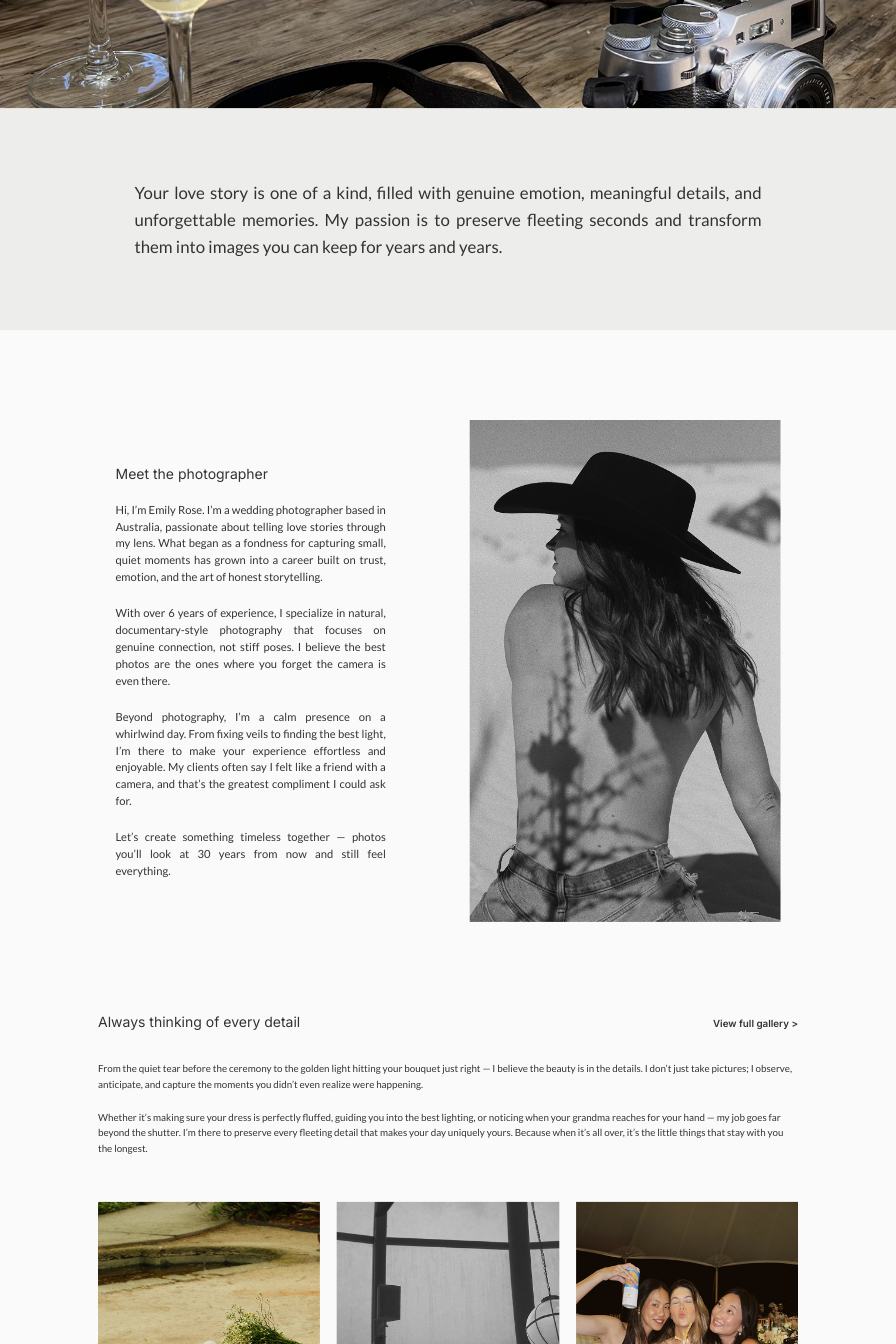
Repository: eduarda-magnago/wt-photography
Page: /
These files come from the project's save history. The page is drawn as it stood at one moment and after the next save; the edit follows.
The browser window is 1280 px wide. The pictures show the part of the page from y = 560 to 2480 px (the page is 3760 px tall), at 70% of full size.
Some web fonts or font styles are not loaded; a fallback is used. The project was rebuilt for these pictures with package versions that can differ from the ones it lists, and the page was loaded fresh each time. The framework's server and built-in components were replaced by stand-ins that run in the browser. Also part of the build but not shown: next.config.ts.

Above is the page before, as saved 2026-10-19 13:43:30.

### app/layout.tsx
import type { Metadata } from "next";
import { Inter, Lato, Cormorant_SC } from "next/font/google";
import Header from "@/components/layout/header";
import Footer from "@/components/layout/footer";
import "./globals.css";

const inter = Inter({
  subsets: ["latin"],
  variable: "--font-inter",
});

const lato = Lato({
  subsets: ["latin"],
  weight: ["300", "400", "700"],
  variable: "--font-lato",
});

const cormorant = Cormorant_SC({
  subsets: ["latin"],
  weight: ["300", "400", "500"],
  variable: "--font-cormorant",
});

export const metadata: Metadata = {
  title: "Timeless Wedding Photography",
  description: "Timeless wedding photography",
};

export default function RootLayout({
  children,
}: {
  children: React.ReactNode;
}) {
  return (
    <html
      lang="en"
      className={`${inter.variable} ${lato.variable} ${cormorant.variable}`}
    >
      <body className="font-sans antialiased">
        <Header />
        <main>{children}</main>
        <Footer />
      </body>
    </html>
  );
}

### app/page.tsx
import Hero from "@/components/hero";
import Intro from "@/components/home/intro";
import About from "@/components/home/about";
import Details from "@/components/home/details";
import Testimonials from "@/components/home/testimonials";
import Reveal from "@/components/reveal";

export default function Home() {
  return (
    <>
      <Hero
        eyebrow="Timeless Wedding Photography"
        title="Capturing the essence of your treasured moments"
        image="/img/hero-bg.jpg"
      />
      <Reveal>
        <Intro />
      </Reveal>
      <Reveal>
        <About />
      </Reveal>
      <Reveal>
        <Details />
      </Reveal>
      <Reveal>
      <Testimonials />
      </Reveal>
    </>
  );
}

### components/layout/header.tsx
"use client";

import { useState } from "react";
import Image from "next/image";
import Link from "next/link";

const navLinks = [
  { label: "Home", href: "/" },
  { label: "About me", href: "/#about" },
  { label: "Gallery", href: "/#gallery" },
  { label: "Testimonials", href: "/#testimonials" },
  { label: "Contact Us", href: "/contact#contact-form" },
];

export default function Header() {
  const [open, setOpen] = useState(false);

  return (
    <header className="absolute inset-x-0 top-0 z-30">
      <div className="flex items-start justify-between px-6 py-8 md:px-14">
        <ul className="flex items-center gap-3">
          <li>
            <a
              href="#"
              aria-label="Instagram"
              className="relative block h-[19px] w-[18px] transition-opacity hover:opacity-70"
            >
              <Image
                src="/img/instagram.png"
                alt=""
                fill
                sizes="18px"
                className="object-contain"
              />
            </a>
          </li>
          <li>
            <a
              href="#"
              aria-label="Facebook"
              className="relative block h-[18px] w-[18px] transition-opacity hover:opacity-70"
            >
              <Image
                src="/img/facebook.png"
                alt=""
                fill
                sizes="18px"
                className="object-contain"
              />
            </a>
          </li>
          <li>
            <a
              href="#"
              aria-label="YouTube"
              className="relative block h-[18px] w-[18px] transition-opacity hover:opacity-70"
            >
              <Image
                src="/img/youtube.png"
                alt=""
                fill
                sizes="18px"
                className="object-contain"
              />
            </a>
          </li>
          <li>
            <a
              href="#"
              aria-label="LinkedIn"
              className="relative block h-[18px] w-[18px] transition-opacity hover:opacity-70"
            >
              <Image
                src="/img/linkedin.png"
                alt=""
                fill
                sizes="18px"
                className="object-contain"
              />
            </a>
          </li>
        </ul>

        <button
          type="button"
          onClick={() => setOpen(true)}
          aria-label="Open menu"
          className="relative block h-6 w-9 transition-opacity hover:opacity-70"
        >
          <Image
            src="/img/menu.png"
            alt=""
            fill
            sizes="36px"
            className="object-contain"
          />
        </button>
      </div>

      {open && (
        <div className="fixed inset-0 z-40 flex items-center justify-center bg-ink/95">
          <button
            type="button"
            onClick={() => setOpen(false)}
            aria-label="Close menu"
            className="absolute right-6 top-8 text-3xl text-white md:right-14"
          >
            ✕
          </button>
          <nav>
            <ul className="flex flex-col items-center gap-8">
              {navLinks.map((link) => (
                <li key={link.label}>
                  <Link
                    href={link.href}
                    onClick={() => setOpen(false)}
                    className="font-heading text-2xl text-white"
                  >
                    {link.label}
                  </Link>
                </li>
              ))}
            </ul>
          </nav>
        </div>
      )}
    </header>
  );
}

### components/layout/footer.tsx
import Image from "next/image";
import Link from "next/link";

const exploreLinks = [
  { label: "Home", href: "/" },
  { label: "About", href: "/#about" },
  { label: "Gallery", href: "/#gallery" },
  { label: "Testimonials", href: "/#testimonials" },
  { label: "Contact", href: "/contact#contact-form" },
];

const headingClass = "mb-6 text-xs uppercase tracking-widest";

export default function Footer() {
  return (
    <footer>
      <div className="bg-ink px-6 py-12 text-sm text-white md:px-52 md:py-14">
        <div className="mx-auto max-w-[1600px]">
          <div className="grid gap-12 md:grid-cols-[1fr_auto_auto] md:gap-24">
            <div>
              <Image
                src="/img/logo.png"
                alt="WT Timeless Photography"
                width={240}
                height={110}
              />
              <p className="mt-6 max-w-xs leading-relaxed md:mt-8">
                With a natural and artistic approach, I create photographs that reflect who you are. Based in Melbourne, available wherever you’d like to say yes.
              </p>
              <ul className="mt-6 flex items-center gap-3">
                <li>
                  <a
                    href="#"
                    aria-label="Instagram"
                    className="transition-opacity hover:opacity-70"
                  >
                    <Image src="/img/instagram.png" alt="" width={18} height={18} />
                  </a>
                </li>
                <li>
                  <a
                    href="#"
                    aria-label="Facebook"
                    className="relative block h-[18px] w-[18px] transition-opacity hover:opacity-70"
                  >
                    <Image
                      src="/img/facebook.png"
                      alt=""
                      fill
                      sizes="18px"
                      className="object-contain"
                    />
                  </a>
                </li>
                <li>
                  <a
                    href="#"
                    aria-label="YouTube"
                    className="transition-opacity hover:opacity-70"
                  >
                    <Image src="/img/youtube.png" alt="" width={18} height={18} />
                  </a>
                </li>
                <li>
                  <a
                    href="#"
                    aria-label="LinkedIn"
                    className="transition-opacity hover:opacity-70"
                  >
                    <Image src="/img/linkedin.png" alt="" width={18} height={18} />
                  </a>
                </li>
              </ul>
            </div>

            <div className="md:pt-6">
              <h3 className={headingClass}>Links</h3>
              <ul className="space-y-2">
                {exploreLinks.map((link) => (
                  <li key={link.label}>
                    <Link href={link.href}>{link.label}</Link>
                  </li>
                ))}
              </ul>
            </div>

            <div className="md:pt-6">
              <h3 className={headingClass}>Contact</h3>
              <address className="not-italic leading-relaxed">
                28 Banksia Street
                <br />
                Fitzroy VIC 3065
                <br />
                Australia
              </address>
              <div className="mt-6 flex flex-col gap-1 underline">
                <a href="tel:+61355500147">+61 3 5550 0147</a>
                <a href="tel:+61491570156">+61 491 570 156</a>
              </div>
              <a
                href="mailto:infowt@gmail.com"
                className="mt-6 block underline"
              >
                infowt@gmail.com
              </a>
            </div>
          </div>

          <div className="mt-14 flex flex-col gap-3 border-t border-white/30 pt-6 text-xs md:flex-row md:items-center md:justify-between">
            <Link href="/privacy-policy-terms" className="transition-opacity hover:opacity-70">
              Privacy Policy &amp; Terms
            </Link>
            <a href="#" className="transition-opacity hover:opacity-70">
              Back to top &uarr;
            </a>
          </div>
        </div>
      </div>

      <div className="bg-neutral-200 px-6 py-5 text-xs text-ink md:px-25">
        <div className="mx-auto flex max-w-[1600px] flex-col gap-2 md:flex-row md:justify-between">
          <p>
            Designed &amp; Developed by{" "}
            <a
              href="https://www.instagram.com/webstudio.em"
              target="_blank"
              rel="noopener noreferrer"
              className="underline"
            >
              EM Studio Web
            </a>
          </p>
          <p>© WT Timeless Wedding Photography 2026 - All rights reserved.</p>
        </div>
      </div>
    </footer>
  );
}

### app/globals.css
@import "tailwindcss";

@theme inline {
  --font-sans: var(--font-lato);
  --font-heading: var(--font-inter);
  --font-hero: var(--font-cormorant);

  --color-ink: #333333;
  --color-sand: #ededeb;
  --color-paper: #fafafa;
  --color-blush: #f4e6dc;
}

html {
  scroll-behavior: smooth;
}

body {
  background: var(--color-paper);
  color: var(--color-ink);
}

### components/hero.tsx
import Image from "next/image";
import Link from "next/link";

type HeroProps = {
  eyebrow: string;
  title: string;
  image: string;
  ctaLabel?: string;
  ctaHref?: string;
};

export default function Hero({
  eyebrow,
  title,
  image,
  ctaLabel = "Explore the gallery",
  ctaHref = "/#gallery",
}: HeroProps) {
  return (
    <section className="relative flex h-[70vh] min-h-[715px] items-center justify-center overflow-hidden">
      <Image
        src="/img/hero.png"
        alt=""
        fill
        priority
        sizes="100vw"
        className="object-cover"
      />
      <div className="absolute inset-0 bg-black/5" />
      <div className="relative z-10 flex max-w-3xl flex-col items-center px-6 text-center text-white">
        <p className="mb-4 text-sm">{eyebrow}</p>
        <h1 className="font-hero text-5xl capitalize leading-[0.7] md:text-7xl">
          {title}
        </h1>
        <Link
          href={ctaHref}
          className="mt-8 border-b border-white pb-1 text-xs uppercase tracking-wider"
        >
          {ctaLabel}
        </Link>
      </div>
    </section>
  );
}

### components/home/intro.tsx
export default function Intro() {
  return (
    <section className="bg-sand px-6 py-22 md:py-25">
      <p className="mx-auto max-w-4xl text-justify text-xl leading-relaxed md:text-2xl">
        Your love story is one of a kind, filled with genuine emotion, meaningful details, and unforgettable memories. My passion is to preserve fleeting seconds and transform them into images you can keep for years and years.
      </p>
    </section>
  );
}

### components/home/about.tsx
import Image from "next/image";

export default function About() {
  return (
    <section id="about" className="bg-paper px-6 py-24 md:px-14 md:py-32">
      <div className="mx-auto grid max-w-[950px] items-center gap-12 md:grid-cols-[435fr_500fr] md:gap-x-12 xl:gap-x-[120px]">
        <div>
          <h2 className="font-heading text-[20px]">Meet the photographer</h2>

          <div className="mt-6 space-y-7 text-justify text-base leading-6">
            <p>
              Hi, I’m Emily Rose. I’m a wedding photographer based in Australia, passionate about telling love stories through my lens. What began as a fondness for capturing small, quiet moments has grown into a career built on trust, emotion, and the art of honest storytelling.
            </p>
            <p>
              With over 6 years of experience, I specialize in natural,
              documentary-style photography that focuses on genuine connection, not stiff poses. I believe the best photos are the ones where
              you forget the camera is even there.
            </p>
            <p>
              Beyond photography, I’m a calm presence on a whirlwind day. From
              fixing veils to finding the best light, I’m there to make your
              experience effortless and enjoyable. My clients often say I felt
              like a friend with a camera, and that’s the greatest compliment
              I could ask for.
            </p>
            <p>
              Let’s create something timeless together — photos you’ll look at
              30 years from now and still feel everything.
            </p>
          </div>
        </div>

        <div className="relative aspect-[619/855] w-full md:aspect-[619/1000]">
          <Image
            src="/img/about.png"
            alt="Wedding photographer picture"
            fill
            sizes="(min-width: 1280px) 500px, (min-width: 768px) 50vw, 100vw"
            className="object-cover"
          />
        </div>
      </div>
    </section>
  );
}

### components/home/details.tsx
import Image from "next/image";
import Link from "next/link";

const photos = [
  { src: "/img/detail1.png", alt: "Bouquet resting on a golden ornament" },
  { src: "/img/detail2.png", alt: "Couple dancing by a large window" },
  { src: "/img/detail3.png", alt: "Bridesmaids laughing together" },
];

export default function Details() {
  return (
    <section id="gallery" className="bg-paper px-6 pb-24 md:px-14 md:pb-32">
      <div className="mx-auto max-w-[1000px]">
        <div className="flex items-baseline justify-between">
          <h2 className="font-heading text-[20px]">
            Always thinking of every detail
          </h2>
          <Link href="/#gallery" className="font-heading text-sm font-semibold">
            View full gallery &gt;
          </Link>
        </div>

        <div className="mt-10 space-y-6 text-sm leading-relaxed">
          <p>
            From the quiet tear before the ceremony to the golden light hitting
            your bouquet just right — I believe the beauty is in the details. I
            don’t just take pictures; I observe, anticipate, and capture the
            moments you didn’t even realize were happening.
          </p>
          <p>
            Whether it’s making sure your dress is perfectly fluffed, guiding
            you into the best lighting, or noticing when your grandma reaches
            for your hand — my job goes far beyond the shutter. I’m there to
            preserve every fleeting detail that makes your day uniquely yours.
            Because when it’s all over, it’s the little things that stay with
            you the longest.
          </p>
        </div>

        <div className="mt-16 grid gap-6 md:grid-cols-3">
          {photos.map((photo) => (
            <div key={photo.src} className="relative aspect-[3/4]">
              <Image
                src={photo.src}
                alt={photo.alt}
                fill
                sizes="(min-width: 768px) 33vw, 100vw"
                className="object-cover"
              />
            </div>
          ))}
        </div>
      </div>
    </section>
  );
}

### components/home/testimonials.tsx
"use client";

import { useState } from "react";
import Image from "next/image";

const testimonials = [
  {
    name: "Anna C.",
    image: "/img/testimonial.png",
    quote:
      "I had an amazing experience hiring WT for my wedding. Emily is super kind and I always felt I could trust her work 100%. When I received the pictures I was even more impressed than I imagined, really good quality! No regrets.",
  },
];

export default function Testimonials() {
  const [index, setIndex] = useState(0);
  const current = testimonials[index];

  function next() {
    setIndex((prev) => (prev + 1) % testimonials.length);
  }

  return (
    <section id="testimonials" className="bg-sand px-6 py-20 md:px-14">
      <div className="mx-auto grid max-w-5xl items-center gap-10 md:grid-cols-[auto_1fr] md:gap-16">
        <div className="relative h-48 w-48 overflow-hidden rounded-full md:h-56 md:w-56">
          <Image
            src={current.image}
            alt={current.name}
            fill
            sizes="224px"
            className="object-cover"
          />
        </div>

        <div>
          <h3 className="font-heading text-xl">{current.name}</h3>
          <blockquote className="mt-4 text-justify text-lg leading-relaxed">
            “{current.quote}”
          </blockquote>
          <button
            type="button"
            onClick={next}
            className="font-heading mt-8 ml-auto block text-sm font-semibold"
          >
            {index + 1}/{testimonials.length} &gt;
          </button>
        </div>
      </div>
    </section>
  );
}

### components/reveal.tsx
"use client";

import { useEffect, useRef, useState, type ReactNode } from "react";

type RevealProps = {
  children: ReactNode;
  className?: string;
  delay?: number;
};

export default function Reveal({
  children,
  className = "",
  delay = 0,
}: RevealProps) {
  const ref = useRef<HTMLDivElement>(null);
  const [visible, setVisible] = useState(false);

  useEffect(() => {
    const el = ref.current;
    if (!el) return;

    const observer = new IntersectionObserver(
      ([entry]) => {
        setVisible(entry.isIntersecting);
      },
      { threshold: 0.15, rootMargin: "0px 0px -5% 0px" }
    );

    observer.observe(el);
    return () => observer.disconnect();
  }, []);

  return (
    <div
      ref={ref}
      style={{ transitionDelay: `${delay}ms` }}
      className={`transition-all duration-700 ease-out motion-reduce:transition-none ${
        visible ? "translate-y-0 opacity-100" : "translate-y-8 opacity-0"
      } ${className}`}
    >
      {children}
    </div>
  );
}

After the next save:
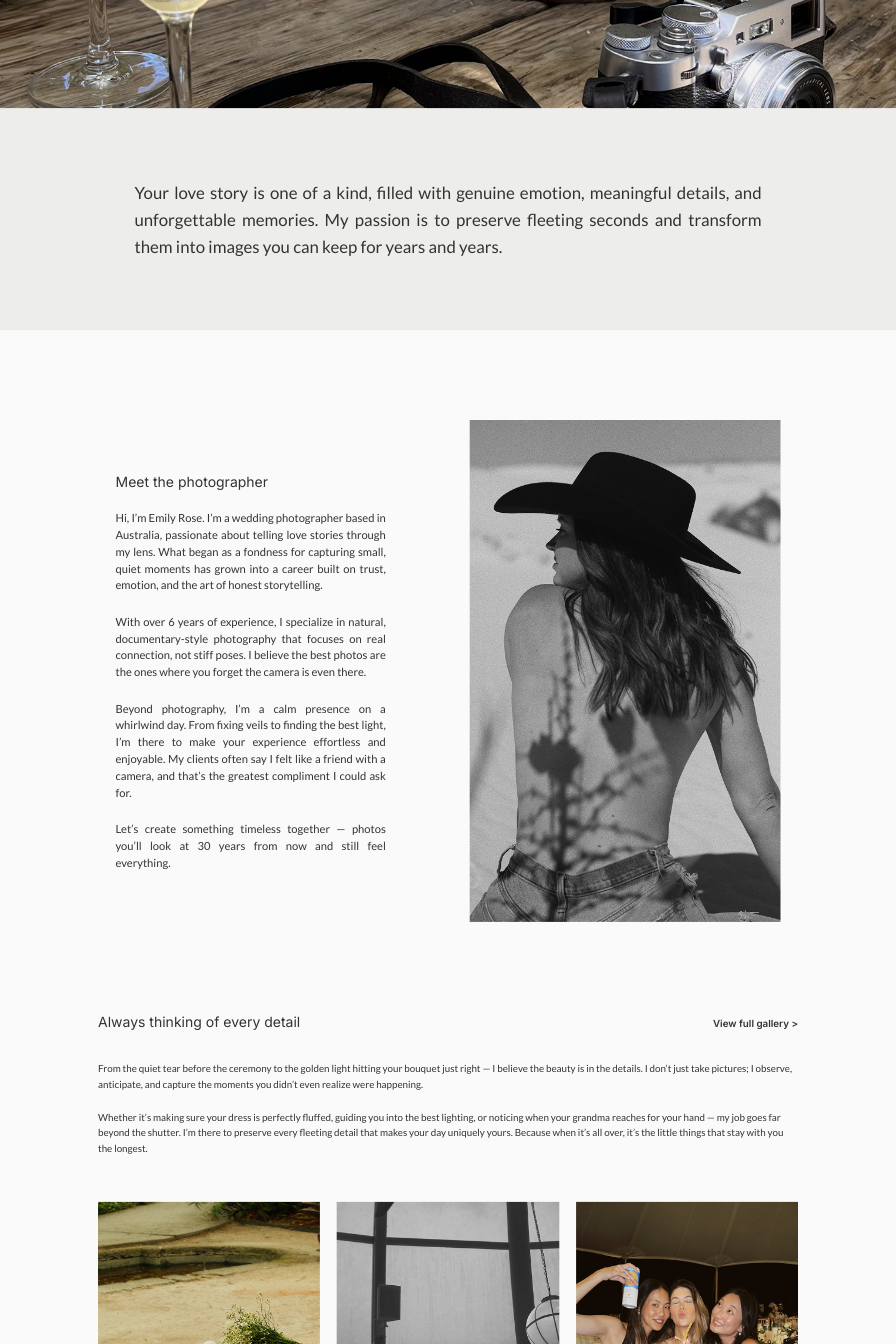
Saved 12 s later.
--- a/components/home/about.tsx
+++ b/components/home/about.tsx
@@ -12,9 +12,7 @@ export default function About() {
               Hi, I’m Emily Rose. I’m a wedding photographer based in Australia, passionate about telling love stories through my lens. What began as a fondness for capturing small, quiet moments has grown into a career built on trust, emotion, and the art of honest storytelling.
             </p>
             <p>
-              With over 6 years of experience, I specialize in natural,
-              documentary-style photography that focuses on genuine connection, not stiff poses. I believe the best photos are the ones where
-              you forget the camera is even there.
+              With over 6 years of experience, I specialize in natural, documentary-style photography that focuses on real connection, not stiff poses. I believe the best photos are the ones where you forget the camera is even there.
             </p>
             <p>
               Beyond photography, I’m a calm presence on a whirlwind day. From
